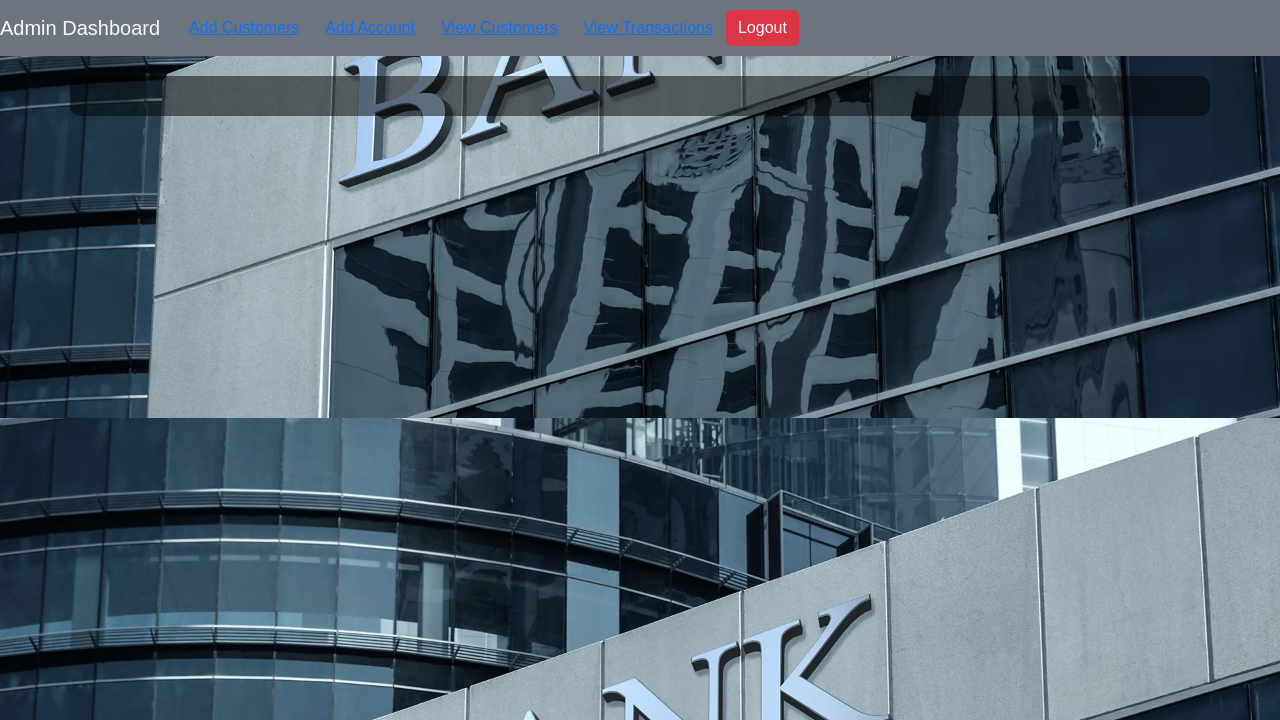
Repository: prathamsuhasia/swabhav-mini-project
Page: http://localhost/01-mini-project/Admin.jsp
These files come from the project's save history. The page is drawn as it stood at one moment and after the next save; the edit follows.
The browser window is 1280 px wide. The pictures show the whole page.
The page is served by Tomcat 9. The session is filled in as if someone had signed in: {"username": "testuser", "admin": "admin"}. Other server files are loaded and not shown.

Above is the page before, as saved 2024-08-15 15:54:30.

### 01-mini-project/WebContent/Admin.jsp
<%@ page language="java" contentType="text/html; charset=ISO-8859-1" pageEncoding="ISO-8859-1"%>
<%
response.setHeader("Cache-Control", "no-cache, no-store, must-revalidate");
response.setHeader("Pragma", "no-cache");
response.setDateHeader("Expires", 0);
%>
<%
HttpSession sessions = request.getSession(false);
if (session == null || !"admin".equals(session.getAttribute("admin"))) {
    // No session or user not logged in, redirect to the login page
    response.sendRedirect("Index.jsp");
    return;
}
%>
<!DOCTYPE html>
<html>
<head>
    <meta http-equiv="Content-Type" content="text/html; charset=ISO-8859-1">
    <title>Dashboard</title>
    <link href="https://cdn.jsdelivr.net/npm/bootstrap@5.3.0/dist/css/bootstrap.min.css" rel="stylesheet">
    <style>
        body {
            background-image: url('Bank.webp');
            background-size: cover;
            background-position: center;
            color: #fff;
            font-family: Arial, sans-serif;
        }
        .navbar {
            margin-bottom: 20px;
        }
        .navbar-brand {
            color: #f8f9fa;
        }
        .navbar-nav .nav-link {
            color: #f8f9fa !important;
        }
        .navbar-nav .nav-link:hover {
            color: #e9ecef !important;
        }
        .btn-logout {
            background-color: #dc3545;
            border: none;
            color: #fff;
        }
        .btn-logout:hover {
            background-color: #c82333;
            color: #fff;
        }
        .container {
            background-color: rgba(0, 0, 0, 0.5);
            padding: 20px;
            border-radius: 10px;
        }
    </style>
</head>
<body>
    <nav class="navbar navbar-expand-lg navbar-dark bg-secondary">
        <a class="navbar-brand" href="#">Admin Dashboard</a>
        <div class="collapse navbar-collapse">
            <ul class="navbar-nav mr-auto">
                <li class="nav-item">
                    <form action="AdminController" method="post" class="nav-item">
                        <button type="submit" name="action" value="AddCustomers" class="btn btn-link">Add Customers</button>
                    </form>
                </li>
                <li class="nav-item">
                    <form action="AdminController" method="post" class="nav-item">
                        <button type="submit" name="action" value="AddAccount" class="btn btn-link">Add Account</button>
                    </form>
                </li>
                <li class="nav-item">
                    <form action="AdminController" method="post" class="nav-item">
                        <button type="submit" name="action" value="ViewCustomers" class="btn btn-link">View Customers</button>
                    </form>
                </li>
                <li class="nav-item">
                    <form action="AdminController" method="post" class="nav-item">
                        <button type="submit" name="action" value="ViewTransactions" class="btn btn-link">View Transactions</button>
                    </form>
                </li>
            </ul>
            <form action="LogoutServlet" class="ml-auto">
                <button type="submit" class="btn btn-logout">Logout</button>
            </form>
        </div>
    </nav>
    <div class="container">
        <!-- Content of the dashboard goes here -->
    </div>
    <script src="https://code.jquery.com/jquery-3.6.0.min.js"></script>
    <script src="https://cdn.jsdelivr.net/npm/bootstrap@5.3.0/dist/js/bootstrap.bundle.min.js"></script>
</body>
</html>

After the next save:
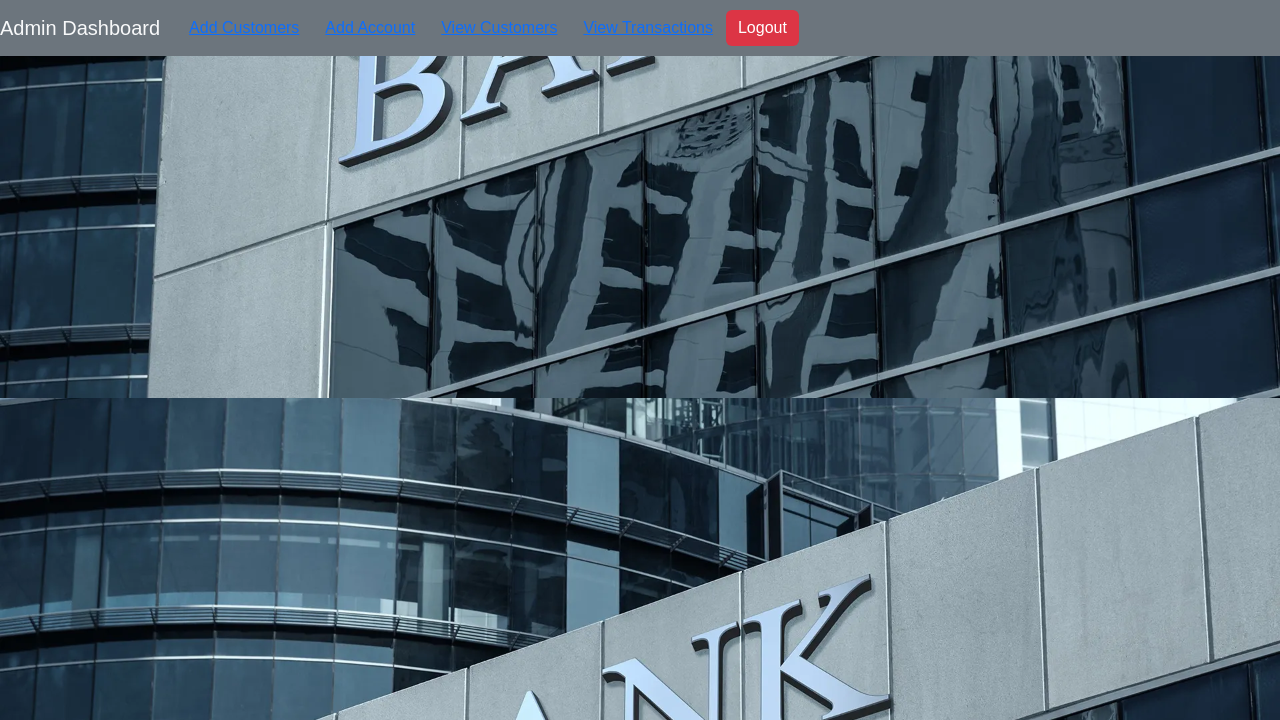
Saved 21 s later.
--- a/01-mini-project/WebContent/Admin.jsp
+++ b/01-mini-project/WebContent/Admin.jsp
@@ -85,9 +85,7 @@ if (session == null || !"admin".equals(session.getAttribute("admin"))) {
             </form>
         </div>
     </nav>
-    <div class="container">
-        <!-- Content of the dashboard goes here -->
-    </div>
+
     <script src="https://code.jquery.com/jquery-3.6.0.min.js"></script>
     <script src="https://cdn.jsdelivr.net/npm/bootstrap@5.3.0/dist/js/bootstrap.bundle.min.js"></script>
 </body>
